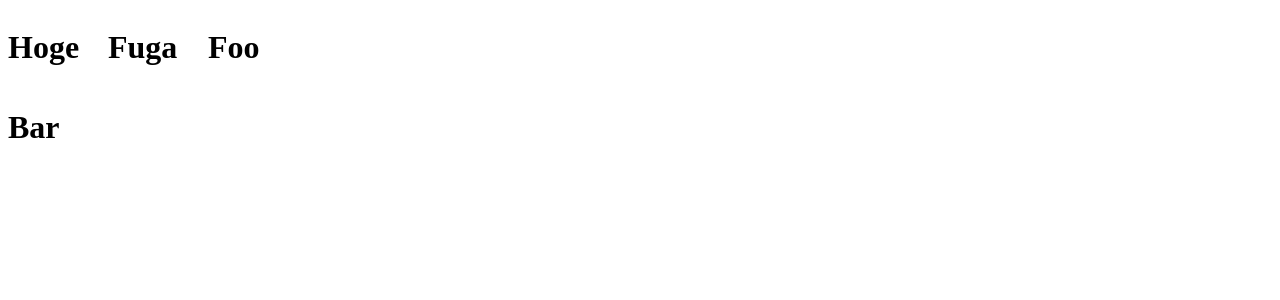
Repository: YN-program/samurai_HTML-CSS
Page: New Folder/Untitled1.html
The author's editor kept a record of every edit. The page is drawn from the files as they stood at one moment, then again after the next edit.
The browser window is 1280 px wide. The pictures show the whole page.

Above is the page before.

After the next edit:
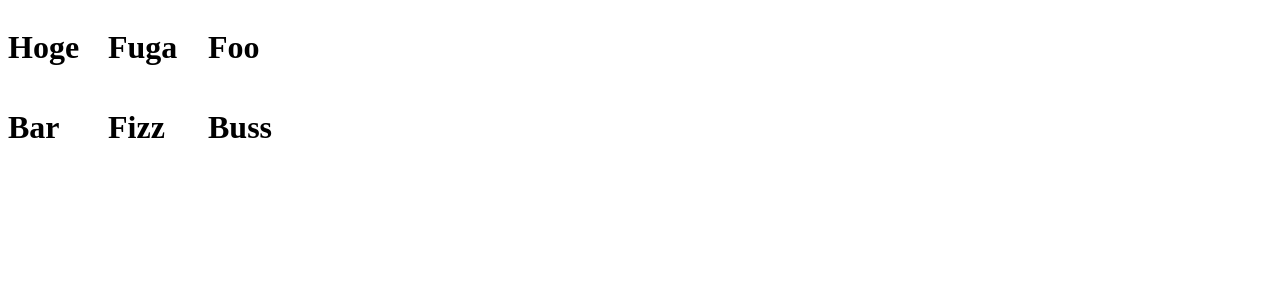
The edit:
--- a/New Folder/Untitled1.html
+++ b/New Folder/Untitled1.html
@@ -13,6 +13,8 @@
             <h1>Fuga</h1>
             <h1>Foo</h1>
             <h1>Bar</h1>
+            <h1>Fizz</h1>
+            <h1>Buss</h1>
         </div>
     </body>
 </html>
